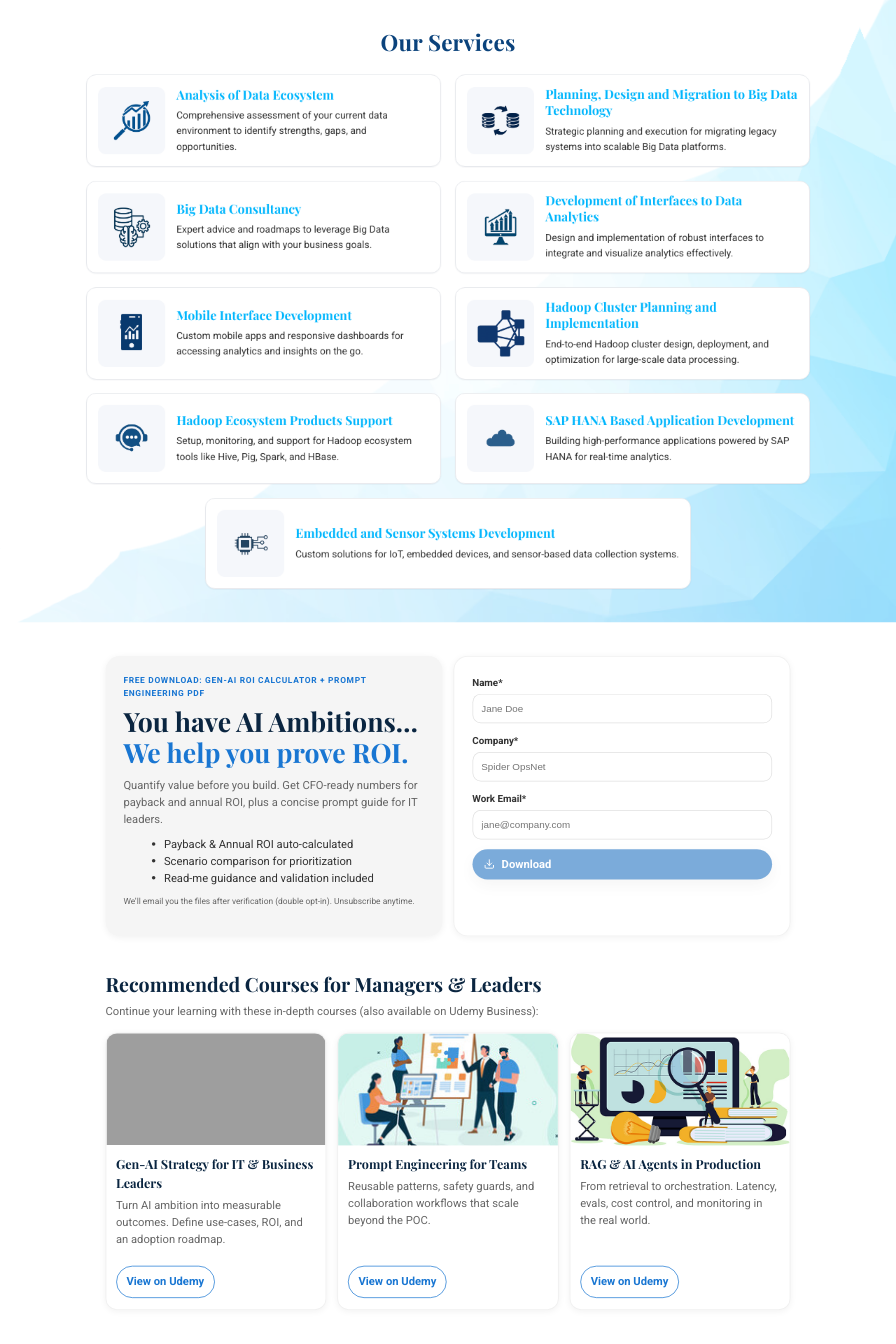
Repository: Yeshwanth-189/spiderOpsNet
Page: / (app in spideropsnet-frontend/)
These files come from the project's save history. The page is drawn as it stood at one moment and after the next save; the edit follows.
The browser window is 1280 px wide. The pictures show the part of the page from y = 1835 to 3755 px (the page is 3755 px tall before and 3728 px after), at 70% of full size.
Pictures or frames that could not be fetched are drawn as grey boxes. The project was rebuilt for these pictures with package versions that can differ from the ones it lists, and the page was loaded fresh each time. Also part of the build but not shown: spideropsnet-frontend/vite.config.js.

Above is the page before, as saved 2025-09-05 16:32:57.

### spideropsnet-frontend/index.html
<!DOCTYPE html>
<html lang="en">
  <head>
    <meta charset="UTF-8" />
    <link rel="icon" type="image/svg+xml" href="/spideropsnet.svg" />
    <link
      href="https://fonts.googleapis.com/css2?family=Playfair+Display:wght@400;600;700&family=Roboto:wght@400;500;700&display=swap"
      rel="stylesheet"
    />
    <meta name="viewport" content="width=device-width, initial-scale=1.0" />
    <title>SpiderOpsNet</title>
  </head>
  <body>
    <div id="root"></div>
    <script type="module" src="/src/main.jsx"></script>
  </body>
</html>

### spideropsnet-frontend/src/App.jsx
import "./App.css";
import SpiderOpsNet from "./components/SpiderOpsNet";
import { BrowserRouter as Router, Routes, Route } from "react-router-dom";

function App() {
  return (
    <>
      <Router>
        <Routes>
          <Route path="/" element={<SpiderOpsNet />} />
          {/* <Route path="/overview" element={<Overview />} />
          <Route path="/profession" element={<Profession />} />
          <Route path="/projects" element={<Project />} />
          <Route path="/education" element={<Education />} />
          <Route path="/skills" element={<Skills />} />
          <Route path="/achievements" element={<Awards />} /> */}
        </Routes>
      </Router>
    </>
  );
}

export default App;

### spideropsnet-frontend/src/App.css
:root {
  /* Brand Colors */
  --color-primary: #0b437c; /* Dark Navy Blue */
  --color-secondary: #00b6fd; /* Professional Light Blue */

  /* Backgrounds */
  --color-bg: #ffffff;
  --color-bg-light: #f5f5f5;

  /* Neutral Grays */
  --color-gray-dark: #333333;
  --color-gray-mid: #666666;
  --color-gray-light: #f5f5f5;

  /* Status Colors */
  --color-success: #2e7d32;
  --color-warning: #ed6c02;
  --color-error: #d32f2f;

  /* Typography */
  --font-heading: "Playfair Display", serif;
  --font-body: "Roboto", sans-serif;

  /* Font Sizes (scalable for responsive design) */
  --text-h1: 2.5rem;
  --text-h2: 2rem;
  --text-h3: 1.5rem;
  --text-body: 1rem;
  --text-small: 0.875rem;

  /* Spacing (consistent padding/margin system) */
  --space-xs: 4px;
  --space-sm: 8px;
  --space-md: 16px;
  --space-lg: 24px;
  --space-xl: 32px;

  /* Border Radius */
  --radius-sm: 4px;
  --radius-md: 8px;
  --radius-lg: 16px;

  /* Shadows */
  --shadow-sm: 0 1px 2px rgba(0, 0, 0, 0.05);
  --shadow-md: 0 4px 6px rgba(0, 0, 0, 0.1);
  --shadow-lg: 0 10px 15px rgba(0, 0, 0, 0.15);
}

html,
body {
  margin: 0;
  padding: 0;
}
* {
  box-sizing: border-box;
}
/* Base Typography */
body {
  font-family: var(--font-body);
  font-size: var(--text-body);
  color: var(--color-gray-dark);
  background-color: var(--color-bg);
  margin: 0;
  padding: 0;
}

h1,
h2,
h3,
h4,
h5,
h6 {
  font-family: var(--font-heading);
  color: var(--color-primary);
  margin: 0 0 var(--space-md);
}

p {
  margin: 0 0 var(--space-md);
  color: var(--color-gray-mid);
}

### spideropsnet-frontend/src/components/SpiderOpsNet.jsx
import React from "react";
import Hero from "../components/Hero";
import NavBar from "../components/NavBar";
import About from "../components/About";
import Services from "../components/Services";
// import Experience from "../components/Experience";
// import Communications from "../components/Communications";
import "../styles/SpiderOpsNet.css";
import Courses from "../components/Courses";

function SpiderOpsNet() {
  return (
    <>
      <NavBar />
      <Hero />
      <About />
      <Services />
      <Courses />
      {/* <Experience />
      <Communications /> */}
    </>
  );
}

export default SpiderOpsNet;

### spideropsnet-frontend/src/components/Hero.jsx
import React from "react";
import "../styles//Hero.css";
import DataMountains from "../assets/DataMountains.png";
// eslint-disable-next-line no-unused-vars
import { motion, useReducedMotion } from "framer-motion";

export default function Hero({
  title = "You have Data Mountains?",
  subtitle = "We have Big Data Solutions!",
  paragraph = "From scalable data pipelines to real-time analytics and AI-assisted insights, we turn your data mountains into business outcomes.",
  ctaText = "View Services",
  onCtaClick = () => {},
  imageAlt = "Abstract mountain range representing big data layers",
}) {
  const prefersReducedMotion = useReducedMotion();

  const initial = prefersReducedMotion ? { opacity: 0 } : { opacity: 0, y: 40 };
  const animate = prefersReducedMotion ? { opacity: 1 } : { opacity: 1, y: 0 };
  const transition = prefersReducedMotion
    ? { duration: 0.6, ease: "easeOut" }
    : { duration: 0.9, ease: "easeOut" };
  return (
    <motion.section
      className="hero"
      aria-label="Data Solutions Hero"
      initial={initial}
      animate={animate}
      transition={transition}
    >
      <header className="hero__header">
        <h1 className="hero__title">{title}</h1>
        <h1 className="hero__subtitle">{subtitle}</h1>
      </header>

      <div className="hero__left">
        <p className="hero__paragraph">{paragraph}</p>
        <button className="hero__cta" onClick={onCtaClick} aria-label={ctaText}>
          {ctaText}
        </button>
      </div>

      <figure className="hero__right">
        <img
          className="hero__image"
          src={DataMountains}
          alt={imageAlt}
          loading="eager"
        />
      </figure>
    </motion.section>
  );
}

### spideropsnet-frontend/src/components/NavBar.jsx
import React, { useState } from "react";
import { Link } from "react-router-dom";
import "../styles/NavBar.css";
import SpiderOpsNet from "../assets/SpiderOpsNet.png";

function Navbar() {
  const [isOpen, setIsOpen] = useState(false);

  return (
    <nav className="navbar">
      <div className="navbar-grid">
        <div className="col-1" />

        <div className="col-2to11 navbar-content">
          <div className="navbar-logo">
            <img
              alt="logo"
              className="navbar-logo-image"
              src={SpiderOpsNet}
            ></img>
            <h2>
              <span className="primary"></span>Spider
              <span className="secondary">OpsNet</span>
            </h2>
            <div className="hamburger" onClick={() => setIsOpen(!isOpen)}>
              <span className={isOpen ? "bar rotate-top" : "bar"}></span>
              <span className={isOpen ? "bar fade" : "bar"}></span>
              <span className={isOpen ? "bar rotate-bottom" : "bar"}></span>
            </div>
          </div>

          {/* Links */}
          <div className={`navbar-links ${isOpen ? "open" : ""}`}>
            <Link to="/Home" onClick={() => setIsOpen(false)}>
              Home
            </Link>
            <Link to="/About" onClick={() => setIsOpen(false)}>
              About
            </Link>
            <Link to="/Services" onClick={() => setIsOpen(false)}>
              Services
            </Link>
            <Link to="/Courses" onClick={() => setIsOpen(false)}>
              Courses
            </Link>
            <Link to="/Projects" onClick={() => setIsOpen(false)}>
              Projects
            </Link>
            <Link to="/Blogs" onClick={() => setIsOpen(false)}>
              Blogs
            </Link>
            <Link to="/Contact" onClick={() => setIsOpen(false)}>
              Contact
            </Link>
          </div>
        </div>

        <div className="col-12" />
      </div>
    </nav>
  );
}

export default Navbar;

### spideropsnet-frontend/src/components/Courses.jsx
// src/components/CoursesSection.jsx
import React, { useState } from "react";
import { FiDownload } from "react-icons/fi";
import "../styles/Courses.css";
import bigdataformanagers from "../assets/bigdata-for-managers.jpg";
import chatgptformanagers from "../assets/chatgpt-for-managers.jpg";
import generativeaiformanagers from "../assets/generative-ai-for-managers.jpg";

const disallowedDomains = [];

function isWorkEmail(email) {
  if (!email) return false;
  const parts = email.toLowerCase().split("@");
  if (parts.length !== 2) return false;
  const domain = parts[1].trim();
  return domain && !disallowedDomains.includes(domain);
}

export default function Courses() {
  const [form, setForm] = useState({
    name: "",
    company: "",
    companySize: "",
    email: "",
  });
  const [touched, setTouched] = useState({});
  const [submitted, setSubmitted] = useState(false);

  const emailValid = isWorkEmail(form.email);
  const nameValid = form.name.trim().length > 1;
  const companyValid = form.company.trim().length > 1;
  const formValid = nameValid && companyValid && emailValid;

  const onChange = (e) => {
    const { name, value } = e.target;
    setForm((prev) => ({ ...prev, [name]: value }));
  };

  const onBlur = (e) => {
    const { name } = e.target;
    setTouched((prev) => ({ ...prev, [name]: true }));
  };

  const onSubmit = (e) => {
    e.preventDefault();
    setTouched({ name: true, company: true, email: true });
    if (!formValid) return;
    // You can swap this with your API call
    console.log("Submit payload:", form);
    setSubmitted(true);
    setForm({ name: "", company: "", companySize: "", email: "" });
    setTouched({});
  };

  return (
    <section className="courses-wrap">
      {/* Top: Free Download Split 2-11 */}
      <div className="grid12 roi-download">
        {/* Left info column (spans col 2-6 on desktop, full on mobile) */}
        <div className="col col-left">
          <p className="eyebrow">
            Free Download: Gen-AI ROI Calculator + Prompt Engineering PDF
          </p>
          <h2 className="roi-title">
            You have AI Ambitions… <br />
            <span className="accent">We help you prove ROI.</span>
          </h2>

          <p className="roi-desc">
            Quantify value before you build. Get CFO-ready numbers for payback
            and annual ROI, plus a concise prompt guide for IT leaders.
          </p>
          <ul className="roi-bullets">
            <li>Payback &amp; Annual ROI auto-calculated</li>
            <li>Scenario comparison for prioritization</li>
            <li>Read-me guidance and validation included</li>
          </ul>
          <p className="fine-print">
            We’ll email you the files after verification (double opt-in).
            Unsubscribe anytime.
          </p>
        </div>

        {/* Right form column (spans col 7-11 on desktop, full on mobile) */}
        <div className="col col-right">
          <form className="download-form" onSubmit={onSubmit} noValidate>
            <div className="form-row">
              <label htmlFor="name">Name*</label>
              <input
                id="name"
                name="name"
                type="text"
                placeholder="Jane Doe"
                value={form.name}
                onChange={onChange}
                onBlur={onBlur}
                aria-invalid={touched.name && !nameValid}
              />
              {touched.name && !nameValid && (
                <span className="field-error">
                  Please enter your full name.
                </span>
              )}
            </div>

            <div className="form-row">
              <label htmlFor="company">Company*</label>
              <input
                id="company"
                name="company"
                type="text"
                placeholder="Spider OpsNet"
                value={form.company}
                onChange={onChange}
                onBlur={onBlur}
                aria-invalid={touched.company && !companyValid}
              />
              {touched.company && !companyValid && (
                <span className="field-error">
                  Please enter your company name.
                </span>
              )}
            </div>

            <div className="form-row">
              <label htmlFor="email">Work Email*</label>
              <input
                id="email"
                name="email"
                type="email"
                placeholder="jane@company.com"
                value={form.email}
                onChange={onChange}
                onBlur={onBlur}
                aria-invalid={touched.email && !emailValid}
              />
              {touched.email && !emailValid && (
                <span className="field-error">
                  Please use your work email (no personal domains).
                </span>
              )}
            </div>

            <button
              className="btn-download"
              type="submit"
              disabled={!formValid}
            >
              <FiDownload aria-hidden="true" />
              <span>Download</span>
            </button>

            {/* Success message */}
            <div className="form-success" aria-live="polite">
              {submitted &&
                "Thanks! Please check your inbox to confirm (double opt-in)."}
            </div>
          </form>
        </div>
      </div>

      {/* Bottom: Courses grid (spans cols 2-11) */}
      <CoursesCatalog />
    </section>
  );
}

function CoursesCatalog() {
  const courses = [
    {
      id: 1,
      img: chatgptformanagers,
      title: "Gen-AI Strategy for IT & Business Leaders",
      desc: "Turn AI ambition into measurable outcomes. Define use-cases, ROI, and an adoption roadmap.",
      link: "https://www.udemy.com/",
    },
    {
      id: 2,
      img: generativeaiformanagers,
      title: "Prompt Engineering for Teams",
      desc: "Reusable patterns, safety guards, and collaboration workflows that scale beyond the POC.",
      link: "https://www.udemy.com/",
    },
    {
      id: 3,
      img: bigdataformanagers,
      title: "RAG & AI Agents in Production",
      desc: "From retrieval to orchestration. Latency, evals, cost control, and monitoring in the real world.",
      link: "https://www.udemy.com/",
    },
  ];

  return (
    <div className="grid12 courses-grid">
      <div className="courses-head col-2-11">
        <h3>Recommended Courses for Managers &amp; Leaders</h3>
        <p className="subhead">
          Continue your learning with these in-depth courses (also available on
          Udemy Business):
        </p>
      </div>

      <div className="courses-cards col-2-11">
        {courses.map((c) => (
          <article key={c.id} className="course-card">
            <div className="course-media">
              <img src={c.img} alt={c.title} loading="lazy" />
            </div>
            <div className="course-body">
              <h4>{c.title}</h4>
              <p>{c.desc}</p>
            </div>
            <div className="course-actions">
              <a
                className="btn-outline"
                href={c.link}
                target="_blank"
                rel="noreferrer"
              >
                View on Udemy
              </a>
            </div>
          </article>
        ))}
      </div>
    </div>
  );
}

### spideropsnet-frontend/src/styles/Hero.css
:root {
  --brand-primary: var(--color-primary, #0a2540); /* Dark Navy */
  --brand-accent: var(--color-accent, #1976d2); /* Light Blue */
  --surface: var(--color-surface, #ffffff);
  --text: var(--color-text, #333333);
  --muted: var(--color-muted, #666666);
  --elev: 24px;
}

/* Grid shell: 12 columns desktop, 4 columns mobile */
.hero {
  --gutter: clamp(12px, 2vw, 24px);
  display: grid;
  grid-template-columns:
    [line1] 1fr /* empty gutter */
    [line2] repeat(10, minmax(0, 1fr)) /* content */
    [line12] 1fr /* empty gutter */
    [line13];
  gap: var(--gutter);
  padding: clamp(32px, 6vw, 80px) var(--gutter);
  background: linear-gradient(180deg, rgb(195, 225, 255), transparent 60%),
    var(--surface);
  color: var(--text);
  margin-top: 5%;
}

.hero__header {
  grid-column: 3 / 12;
}

.hero__title {
  margin: 0 0 8px 0;
  font-size: clamp(28px, 4vw, 56px);
  line-height: 1.1;
  letter-spacing: -0.02em;
  color: var(--brand-primary);
  font-family: "Playfair Display", ui-serif, Georgia, serif;
}

.hero__subtitle {
  margin: 0 0 clamp(16px, 2.5vw, 28px) 0;
  font-size: clamp(18px, 2.2vw, 28px);
  line-height: 1.2;
  color: var(--color-secondary);
  font-family: Roboto, system-ui, -apple-system, Segoe UI, "Helvetica Neue",
    Arial, sans-serif;
}

.hero__left {
  grid-column: 3 / 6;
  align-self: start;
}

.hero__paragraph {
  margin: 0 0 16px 0;
  font-size: clamp(14px, 1.2vw, 18px);
  line-height: 1.7;
  color: var(--color-gray-dark);
}

.hero__cta {
  appearance: none;
  border: none;
  cursor: pointer;
  padding: 12px 18px;
  border-radius: 5px;
  background: var(--brand-accent);
  color: #fff;
  font-weight: 600;
  font-size: 16px;
  box-shadow: 0 6px 20px rgba(25, 118, 210, 0.25);
  transition: transform 120ms ease, box-shadow 120ms ease, filter 120ms ease;
}

.hero__cta:hover {
  transform: translateY(-1px);
  box-shadow: 0 10px 28px rgba(25, 118, 210, 0.35);
}

.hero__cta:active {
  transform: translateY(0);
  filter: brightness(0.96);
}

/* Right block: lines 6 → 12 (i.e., cols 6–11 inclusive) */
.hero__right {
  grid-column: 6 / 12;
  margin: 0;
}

.hero__image {
  width: 100%;
  height: auto;
  display: block;
}

/* Responsive: switch to 4-column grid on mobile */
@media (max-width: 767.98px) {
  .hero {
    grid-template-columns:
      [m1] 1fr /* empty */
      [m2] repeat(2, minmax(0, 1fr)) /* content */
      [m4] 1fr /* empty */
      [m5];
    margin-top: 15%;
  }

  .hero__header,
  .hero__left,
  .hero__right {
    grid-column: 2 / 4; /* span the two content columns */
  }

  .hero__right {
    order: 3;
  }
  .hero__left {
    order: 2;
  }
  .hero__header {
    order: 1;
  }
}

/* Prefers-reduced-motion respect */
@media (prefers-reduced-motion: reduce) {
  .hero__cta {
    transition: none;
  }
}

### spideropsnet-frontend/src/styles/NavBar.css
.navbar {
  position: fixed;
  width: 100%;
  background-color: var(--color-bg);
  z-index: 999;
  padding: 12px 0;
}

.navbar-grid {
  display: grid;
  grid-template-columns: repeat(12, 1fr);
  align-items: center;
  max-width: 1400px;
  margin: 0 auto;
  padding: 0 20px;
}

.col-1 {
  grid-column: 1 / 2;
}

.col-2to11 {
  grid-column: 2 / 12;
  display: flex;
  justify-content: space-between;
  align-items: center;
}

.col-12 {
  display: none;
}

/* Left: Logo */
.navbar-logo {
  font-family: "Playfair Display", serif;
  font-size: 1.3rem;
  color: var(--color-primary);
  display: flex;
  justify-content: flex-start;
  align-items: flex-start;
  gap: 10px;
  width: 100%;
}

.navbar-logo-image {
  width: 5%;
}

.primary {
  color: #0a2540;
}

.secondary {
  color: #00b6fd;
}

/* Right: Links */
.navbar-links {
  display: flex;
  gap: 32px;
  font-family: "Playfair Display", serif;
  font-size: 0.95rem;
}

.navbar-links a {
  color: var(--color-secondary);
  text-decoration: none;
  transition: color 0.3s ease;
  position: relative;
}

.navbar-links a:hover {
  color: var(--color-primary);
}

.navbar-links a::after {
  content: "";
  display: block;
  height: 2px;
  width: 0;
  background-color: var(--color-secondary);
  transition: width 0.3s ease;
  position: absolute;
  bottom: -4px;
  left: 0;
}

.navbar-links a:hover::after {
  width: 100%;
}
.hamburger {
  display: none;
  flex-direction: column;
  justify-content: center;
  align-items: flex-end;
  gap: 5px;
  margin-left: auto;
  cursor: pointer;
  z-index: 1000;
}

.bar {
  width: 22px;
  height: 3px;
  background-color: var(--color-primary);
  transition: all 0.3s ease;
}

.rotate-top {
  transform: rotate(45deg) translateY(8px);
}

.fade {
  opacity: 0;
}

.rotate-bottom {
  transform: rotate(-45deg) translateY(-8px);
}

/* Responsive */
@media screen and (max-width: 768px) {
  .navbar-grid {
    grid-template-columns: 1fr;
  }

  .col-2to11 {
    flex-direction: column;
    gap: 14px;
    grid-column: span 12;
  }

  .navbar-logo {
    font-size: 1.1rem;
  }

  .navbar-logo-image {
    width: 10%;
  }

  .navbar-links {
    flex-direction: column;
    gap: 12px;
  }
  @media screen and (max-width: 768px) {
    .hamburger {
      margin-top: 5%;
      display: flex;
    }
    .navbar {
      top: 0;
      border-bottom: 1px solid #0a2540;
    }

    .navbar-links {
      display: none;
      flex-direction: column;
      gap: 16px;
      margin-top: 1rem;
      width: 100%;
    }

    .navbar-links.open {
      display: flex;
      animation: fadeIn 0.3s ease-in-out;
    }
  }

  @keyframes fadeIn {
    from {
      opacity: 0;
      transform: translateY(-10px);
    }
    to {
      opacity: 1;
      transform: translateY(0);
    }
  }
}

Loaded but not shown: spideropsnet-frontend/src/main.jsx (common file); spideropsnet-frontend/src/index.css (common file); spideropsnet-frontend/src/styles/Courses.css (262 lines, source omitted); spideropsnet-frontend/src/components/About.jsx (129 lines, source omitted); spideropsnet-frontend/src/components/Services.jsx (115 lines, source omitted); spideropsnet-frontend/src/styles/About.css (168 lines, source omitted); spideropsnet-frontend/src/styles/Services.css (155 lines, source omitted); spideropsnet-frontend/src/styles/SpiderOpsNet.css (no stored copy; drawn as an empty file)

After the next save:
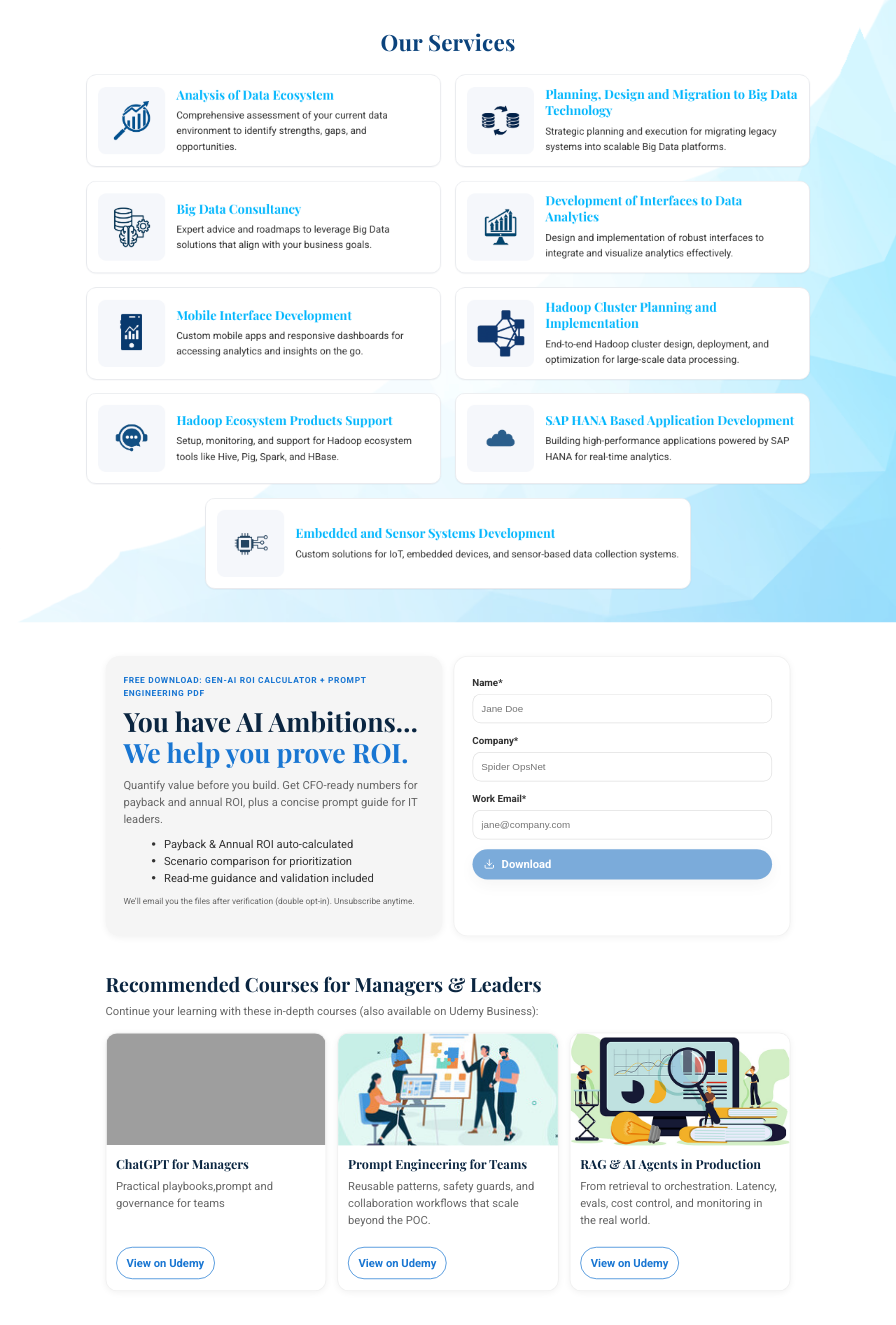
Saved 57 s later.
--- a/spideropsnet-frontend/src/components/Courses.jsx
+++ b/spideropsnet-frontend/src/components/Courses.jsx
@@ -170,9 +170,9 @@ function CoursesCatalog() {
     {
       id: 1,
       img: chatgptformanagers,
-      title: "Gen-AI Strategy for IT & Business Leaders",
-      desc: "Turn AI ambition into measurable outcomes. Define use-cases, ROI, and an adoption roadmap.",
-      link: "https://www.udemy.com/",
+      title: "ChatGPT for Managers",
+      desc: "Practical playbooks,prompt and governance for teams",
+      link: "https://www.udemy.com/course/chatgpt-for-managers/?referralCode=0F5C3B36D8A38C641339",
     },
     {
       id: 2,
